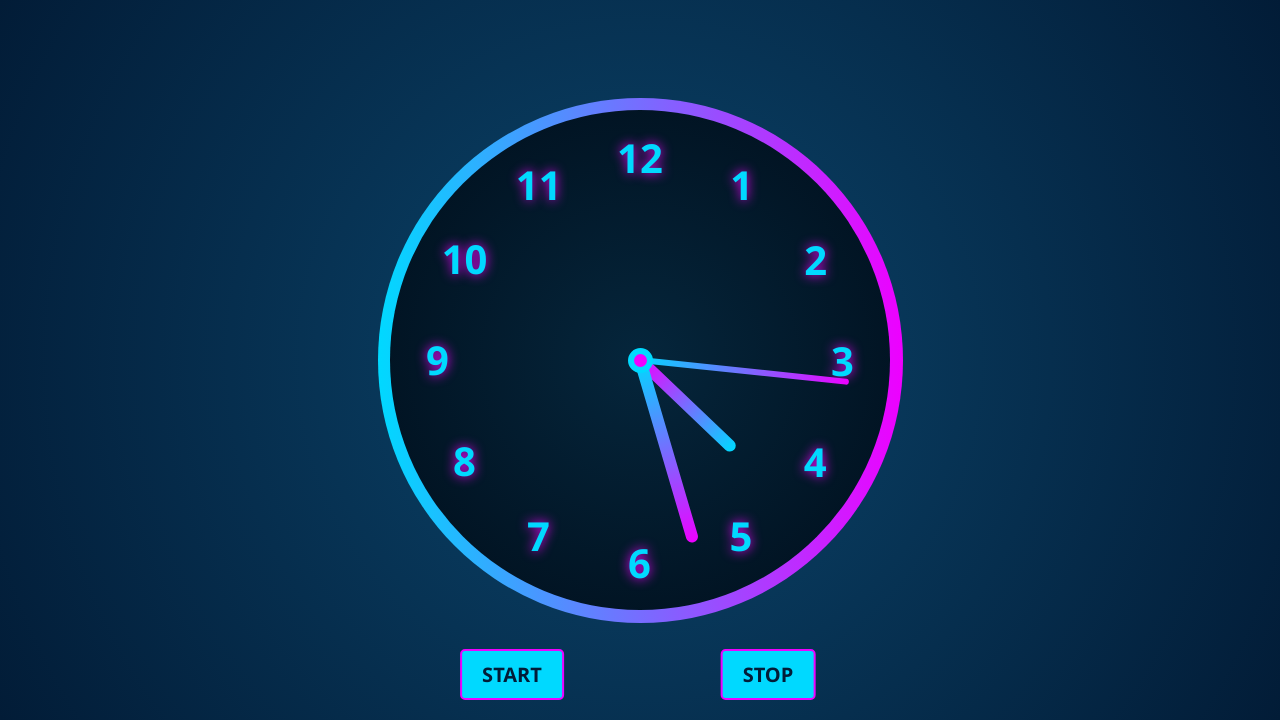
Repository: Suryansh-D/Cool-Clock
Page: index.html
An editor plug-in stored every save of this project. The page is shown before and after a run of saves, followed by the edit.
The browser window is 1280 px wide. The pictures show the whole page.

Above is the page before, as saved 2024-01-30 16:56:35.

### index.html
<!DOCTYPE html>
<html>
<head>
    <title>Schedule Clock</title>
    <link rel="stylesheet" href="style.css">
</head>
<body>
    <div class="clock">
        <div class="number" style="--n:1"><b>1</b></div>
        <div class="number" style="--n:2"><b>2</b></div>
        <div class="number" style="--n:3"><b>3</b></div>
        <div class="number" style="--n:4"><b>4</b></div>
        <div class="number" style="--n:5"><b>5</b></div>
        <div class="number" style="--n:6"><b>6</b></div>
        <div class="number" style="--n:7"><b>7</b></div>
        <div class="number" style="--n:8"><b>8</b></div>
        <div class="number" style="--n:9"><b>9</b></div>
        <div class="number" style="--n:10"><b>10</b></div>
        <div class="number" style="--n:11"><b>11</b></div>
        <div class="number" style="--n:12"><b>12</b></div>
        <div class="hour-hand" id="hour-hand"></div>
        <div class="minute-hand" id="minute-hand"></div>
        <div class="second-hand" id="second-hand"></div>
        <div class="center-dot"></div>
    </div>
    <button class="start-btn" id="start-btn"><b>START</b></button>
    <button class="stop-btn" id="stop-btn"><b>STOP</b></button>
      </div><script src="script.js"></script>
</body>
</html>

### style.css
*{
    margin: 0;
    padding: 0;
    box-sizing: border-box;
    font-family: 'Segoe UI', Tahoma, Geneva, Verdana, sans-serif;
}

body{
    display: flex;
    justify-content: center;
    align-items: center;
    height: 100vh;
    background: radial-gradient(circle,#0b456b, #021c37)
}
.clock{
    width: 500px;
    height: 500px;
    position: relative;
    background-color: lightgray;
    border-radius: 50%;
    display: flex;
    justify-content: center;
    align-items: center;
    background: radial-gradient(circle,#05263c , #000d1a);
}
.clock::before{
    content: "";
    position: absolute;
    width: 525px;
    height: 525px;
    border-radius: 50%;
    background:linear-gradient(to right, #00d9ff,#ee00ff);
    box-shadow: 0 0 0 15px 15px rgba(0,0,0,0.2);
    z-index: -1;

}
.number{
    transform: rotate(calc(30deg * var(--n)));
    position: absolute;
    text-align: center;
    inset: 20px;
    font-size: 40px;
    color:#00d9ff;
    text-shadow:0 0 12px #ee00ff;
}
.number b{
    transform: rotate(calc(-30deg * var(--n)));
    display: inline-block;
}

.center-dot{
    position: absolute;
    width: 25px;
    height: 25px;
    background-color: #ee00ff;
    border:6px solid #00d9ff;
    border-radius: 50%;
}

.hour-hand, .minute-hand, .second-hand{
    --rotate:0;
    position: absolute;
    left: 50%;
    bottom: 50%;
    transform: translate(-50%) rotate(calc(var(--rotate)*1deg));
    transform-origin: bottom;
    border-radius: 30px 30px 0 0;
}
.hour-hand{
   width:12px;
    height: 130px;
    background:linear-gradient(#00d9ff, #ee00ff );
}
.minute-hand{
    width:12px;
    height: 190px;
    background:linear-gradient(to top, #00d9ff, #ee00ff );
}
.second-hand{
    width: 6px;
    height: 210px;
    background:linear-gradient(to top, #00d9ff, #ee00ff );
}

.start-btn{
    position: absolute;
    bottom: 20px;
    left: 40%;
    transform: translateX(-50%);
    padding: 10px 20px;
    background-color: #00d9ff;
    border: 2px solid #ee00ff;
    border-radius: 5px;
    color: #021c37;
    font-size: 20px;
    font-weight: 500;
    cursor: pointer;
    transition: all 0.3s ease;
}
.stop-btn{
    position: absolute;
    bottom: 20px;
    left: 60%;
    transform: translateX(-50%);
    padding: 10px 20px;
    background-color: #00d9ff;
    border: 2px solid #ee00ff;
    border-radius: 5px;
    color: #021c37;
    font-size: 20px;
    font-weight: 500;
    cursor: pointer;
    transition: all 0.3s ease;
    font-family:'Times New Roman', Times, serif;
}

### script.js
const secondHand = document.getElementById('second-hand');
const minsHand = document.getElementById('minute-hand');
const hourHand = document.getElementById('hour-hand');
const startButton = document.getElementById('start-btn');
const stopButton = document.getElementById('stop-btn');

function stopClockTick(){
    clearInterval(clockTick);
}

stopButton.addEventListener('click', stopClockTick);


startButton.addEventListener('mouseenter', () => {
    startButton.style.backgroundColor = 'lightgreen';
}
);
startButton.addEventListener('mouseleave', () => {
    startButton.style.backgroundColor = 'skyblue'

}
);
stopButton.addEventListener('mouseenter', () => {
    stopButton.style.backgroundColor = 'red';
}
);
stopButton.addEventListener('mouseleave', () => {
    stopButton.style.backgroundColor = 'skyblue';
}
);
startButton.addEventListener('click', () => {
    startButton.style.display = 'none';
    stopButton.style.display = 'inline-block';
    clockTick();
}
);

stopButton.addEventListener('click', () => {
    stopButton.style.display = 'none';
    startButton.style.display = 'inline-block';
}
);
function clockTick(){
    const date = new Date();
    const seconds = date.getSeconds()/60;
    const mins = (seconds + date.getMinutes())/60;
    const hours = (mins + date.getHours())/12;

    rotateClockHand(secondHand, seconds);
    rotateClockHand(minsHand, mins);
    rotateClockHand(hourHand, hours);
}

function rotateClockHand(element, rotation){
    element.style.setProperty('--rotate', rotation * 360);
}

setInterval(clockTick, 1000);

After the next 3 saves:
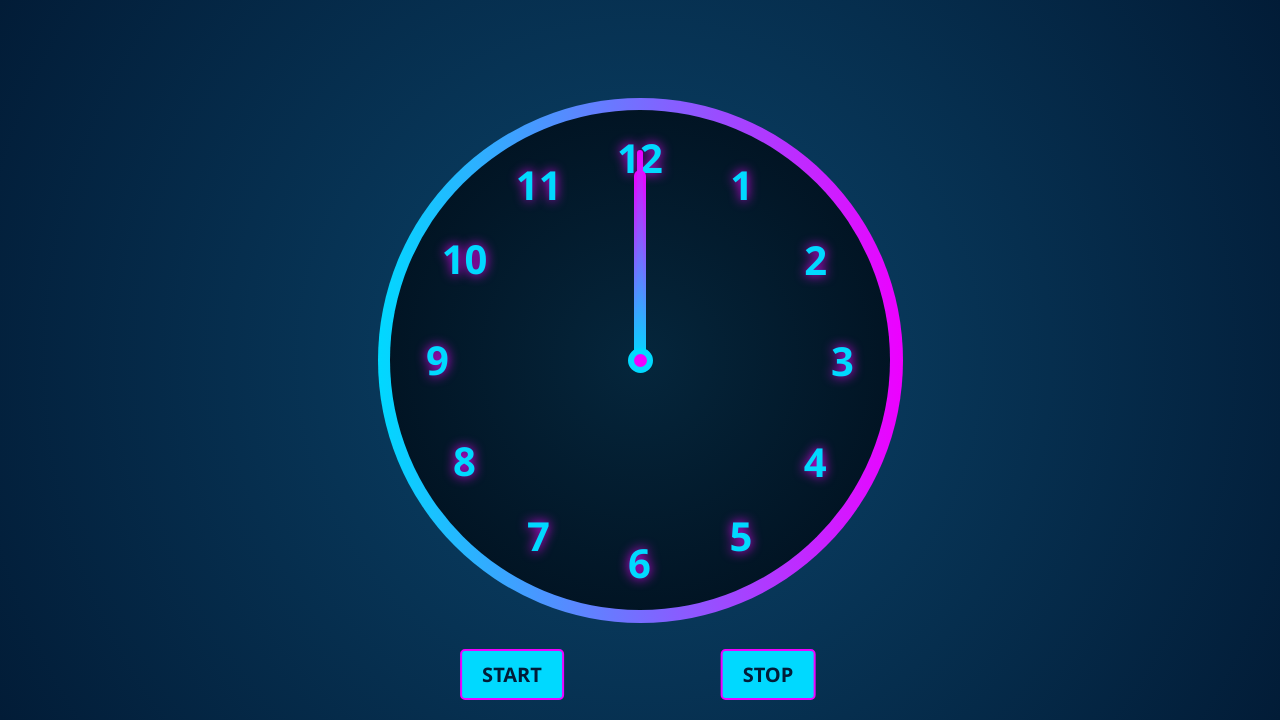
Console error: SyntaxError: Unexpected identifier 'startButton'
The 3 saves are shown as one change because they came seconds apart.
The last was saved 59 s later.
--- a/script.js
+++ b/script.js
@@ -4,11 +4,7 @@
 const startButton = document.getElementById('start-btn');
 const stopButton = document.getElementById('stop-btn');
 
-function stopClockTick(){
-    clearInterval(clockTick);
-}
-
-stopButton.addEventListener('click', stopClockTick);
+function isRunning
 
 
 startButton.addEventListener('mouseenter', () => {

After the save that followed:
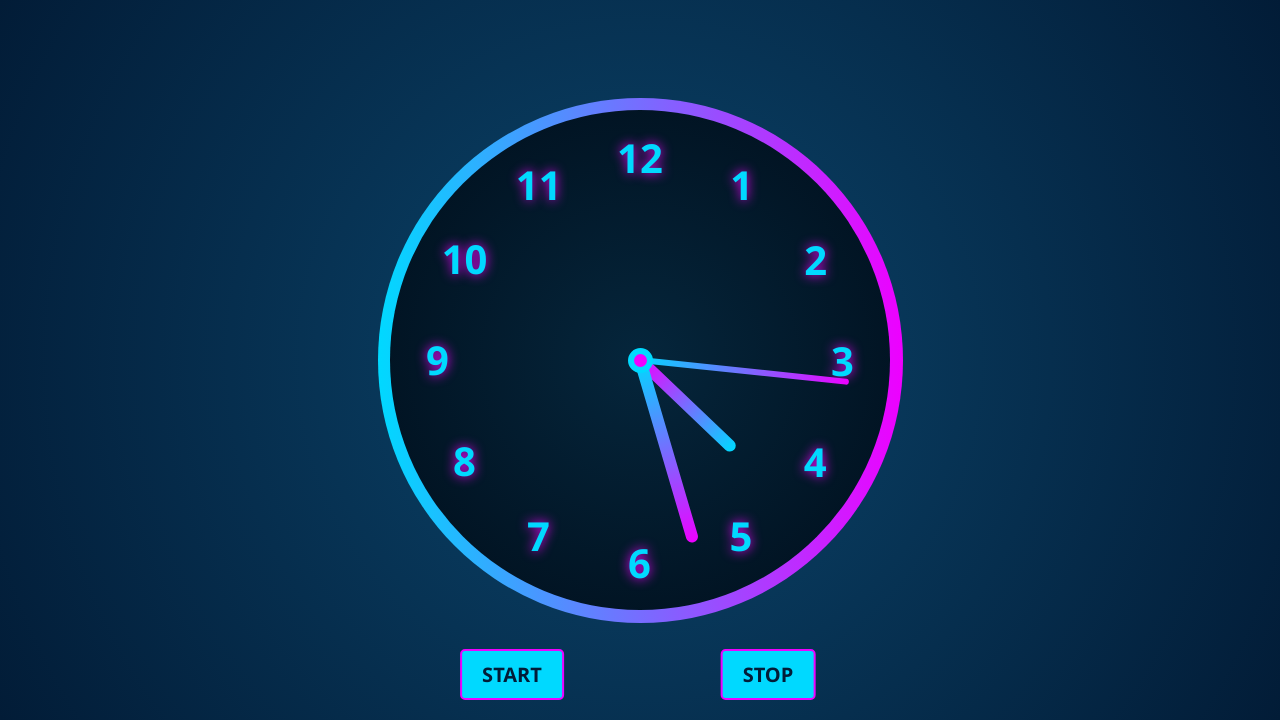
The error is gone.
Saved 6 s later.
--- a/script.js
+++ b/script.js
@@ -4,7 +4,7 @@
 const startButton = document.getElementById('start-btn');
 const stopButton = document.getElementById('stop-btn');
 
-function isRunning
+
 
 
 startButton.addEventListener('mouseenter', () => {
